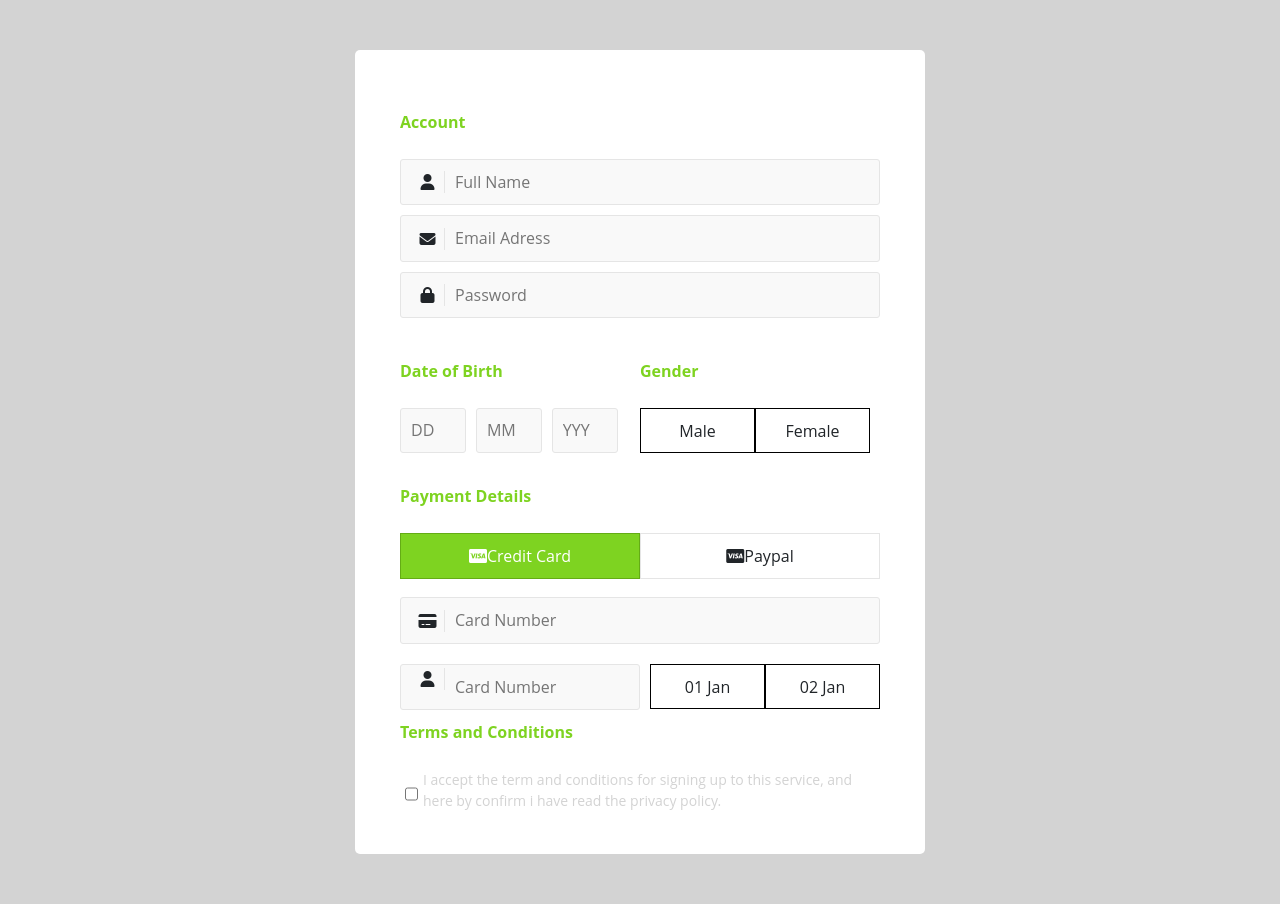
Repository: letrongtinh27/LapTrinhWeb
Page: Payment/index.html
The author's editor kept a copy of each file at every save. The page is drawn from the files as they stood at one save, then again after the next save.
The browser window is 1280 px wide. The pictures show the whole page.

Above is the page before, as saved 2022-10-11 22:10:00.

### Payment/index.html
<!DOCTYPE html>
<html lang="en">
<head>
    <meta charset="UTF-8">
    <meta http-equiv="X-UA-Compatible" content="IE=edge">
    <meta name="viewport" content="width=device-width, initial-scale=1.0">
    <title>Document</title>
    <link rel="stylesheet" href="./reset.css">
    <link rel="stylesheet" href="./style.css">
    <link rel="stylesheet" href="https://cdn.jsdelivr.net/npm/bootstrap@4.3.1/dist/css/bootstrap.min.css" integrity="sha384-ggOyR0iXCbMQv3Xipma34MD+dH/1fQ784/j6cY/iJTQUOhcWr7x9JvoRxT2MZw1T" crossorigin="anonymous">
    <link rel="stylesheet" href="https://cdnjs.cloudflare.com/ajax/libs/font-awesome/6.2.0/css/all.min.css" integrity="sha512-xh6O/CkQoPOWDdYTDqeRdPCVd1SpvCA9XXcUnZS2FmJNp1coAFzvtCN9BmamE+4aHK8yyUHUSCcJHgXloTyT2A==" crossorigin="anonymous" referrerpolicy="no-referrer" />
</head>
<body>
    <div class="payment">
        <form action="#" class="form-payment">
            <h4 class="title">Account</h4>
            <div class="form-group">
            <div class="form-item">
                <input type="text" placeholder="Full Name">
                <div class="icon icon-name">
                    <i class="fa-solid fa-user"></i>
                </div>
            </div>
            <div class="form-item">
                <input type="email" placeholder="Email Adress">
                <div class="icon icon-email">
                    <i class="fa-solid fa-envelope"></i>
                </div>
            </div>
            <div class="form-item">
                <input type="password" placeholder="Password">
                <div class="icon icon-pass">
                    <i class="fa-solid fa-lock"></i>
                </div>
            </div>
        </div>
        <div class="form-group2">
            <div class="group2">
                <h4 class="title">Date of Birth</h4>
                <div class="input-group">
                    <div class="item-input"> <input type="text" placeholder="DD"></div>
                    <div class="item-input"> <input type="text" placeholder="MM"></div>
                    <div class="item-input"> <input type="text" placeholder="YYY"></div>
                </div>
            </div>
            <div class="group2">
                <h4 class="title">Gender</h4>
                <div class="input-group">
                    <input type="radio" name="gender" value="male" id="gender-male" class="radio-input">
                    <label for="gender-male">Male</label>
                    <input type="radio" name="gender" id="gender-female" value="female"
                    class="radio-input">
                    <label for="gender-female">Female</label>
                </div>
            </div>

        </div>
        <div class="form-group3">
            <h4 class="title">Payment Details</h4>
            <div class="input-group3">
                <input type="radio" name="payment-method" value="card" id="payment-method-card" checked="true">
                <label for="payment-method-card"><span><i class="fa-brands fa-cc-visa"></i>Credit Card</span></label>
                <input type="radio" name="payment-method" value="paypal" id="payment-method-paypal">
                <label for="payment-method-paypal"> <span><i class="fa-brands fa-cc-visa"></i>Paypal</span></label>
              </div>
              <div class="form-item" style="margin-top: 10px;">
                <input type="text" placeholder="Card Number">
                <div class="icon icon-credit">
                    <i class="fa-sharp fa-solid fa-credit-card"></i>
                </div>
            </div>
            <div class="form-item" style="margin-top: 10px; width: 50%; float: left;">
                <input style="width: 190px;" type="text" placeholder="Card Number">
                <div class="icon icon-user2">
                    <i class="fa-solid fa-user"></i>
                </div>
            </div>
            <div class="input-group" style="width: 50%; float: right; margin-top: 10px; padding-left: 10px;">
                <input type="radio" name="day" value="01-jan" id="01-jan" class="radio-input">
                <label for="01-jan">01 Jan</label>
                <input type="radio" name="day" id="02-jan" value="02-jan"
                class="radio-input">
                <label for="02-jan">02 Jan</label>
            </div>
        </div>

        <div class="form-group4">
            <h4 class="title" style="margin-top: 30px">Terms and Conditions</h4>
            <div class="input_group">
                <input type="checkbox">
                    <label for="">I accept the term and conditions for signing up to this service, and here by confirm i have read the privacy policy.</label>
            </div>
        </div>

        </form>
    </div>
</body>
</html>

### Payment/style.css
/* https://codepen.io/josecarneiro/pen/Kwbapp @import: "libs/base.less"; */
body {
    font-family: 'Open Sans',sans-serif !important;
    background-color: lightgray !important;
}
.payment{
    width: 100%;
    max-width: 570px;
    margin: 50px auto;
    justify-content: center;
    align-items: center;
    display: flex;
    border-radius: 5px;
    background-color: #fff;
    padding: 35px 45px;
}
.form-payment{
    font-family: 'Open Sans',sans-serif;
}
.title{
    color: #7ed321;
    font-size: 16px;
    font-weight: bold;
    line-height: 1.5;
    margin: 25px 0px;
}
.form-group{
    position: relative;

}
.form-item, .item-input > input {
    width: 100%;
    padding: 10px;
    line-height: 1.4;
    border: 1px solid #e5e5e5;
    border-radius: 3px;
    background-color: #f9f9f9;
    margin-bottom: 10px;
}

.form-item > input{
    padding-left: 44px;
    border: 0;
    outline: none;
    background-color: #f9f9f9;
    margin: 0 auto;
}


.icon {
    display: block;
    position: absolute;
    width: 34px;
    text-align: center;
    border-right: 1px solid #e5e5e5;
}
.icon-name{
    top: 12px;
}
.icon-email{
    top: 69px;
}

.icon-pass {
    top: 125px;
}

.icon-card {
    top: 777px;
}

.form-group2 {
    display: block;
    width: 100%;
    height: 125px;
}

.group2 {
    padding-right: 10px;
    float: left;
    width: 50%;
}
.input-group{
    margin-bottom: 10px;
}
.item-input {
    padding-right: 10px;
    float: left;
    width: 33%;
    height: 53px;
}
.radio-input {
    display: none;
}

.input-group > label {
    display: inline-block;
    width: 50%;
    height: 45px;
    padding-top: 10px;
    text-align: center;
    float: left;
    border-radius: 0;
    border: 1px solid black;
}

input[type="radio"]:checked + label, input:checked + label:before, select:focus, select:active {
    background-color: #7ed321;
    color: #fff;
    border-color: #64ac15;
}
.input-group3 {
    display: flex;
}
.input-group3 > input{
    display: none;
}

.input-group3 > label{
    text-align: center;
    width: 50%;
    height: 53 px;
    border: 1px solid #e5e5e5;
    padding: 10px;
}

.icon-credit {
    top: 610px;
}

.icon-user2 {
    top: 668px;
}

.input_group {
    display: flex;
}

.input_group > input {
    margin: 5px;
    width: 15px;
}

.input_group > label {
    color: lightgrey;
    font-size: 14px;
}

Loaded but not shown: Payment/reset.css (common file)

After the next save:
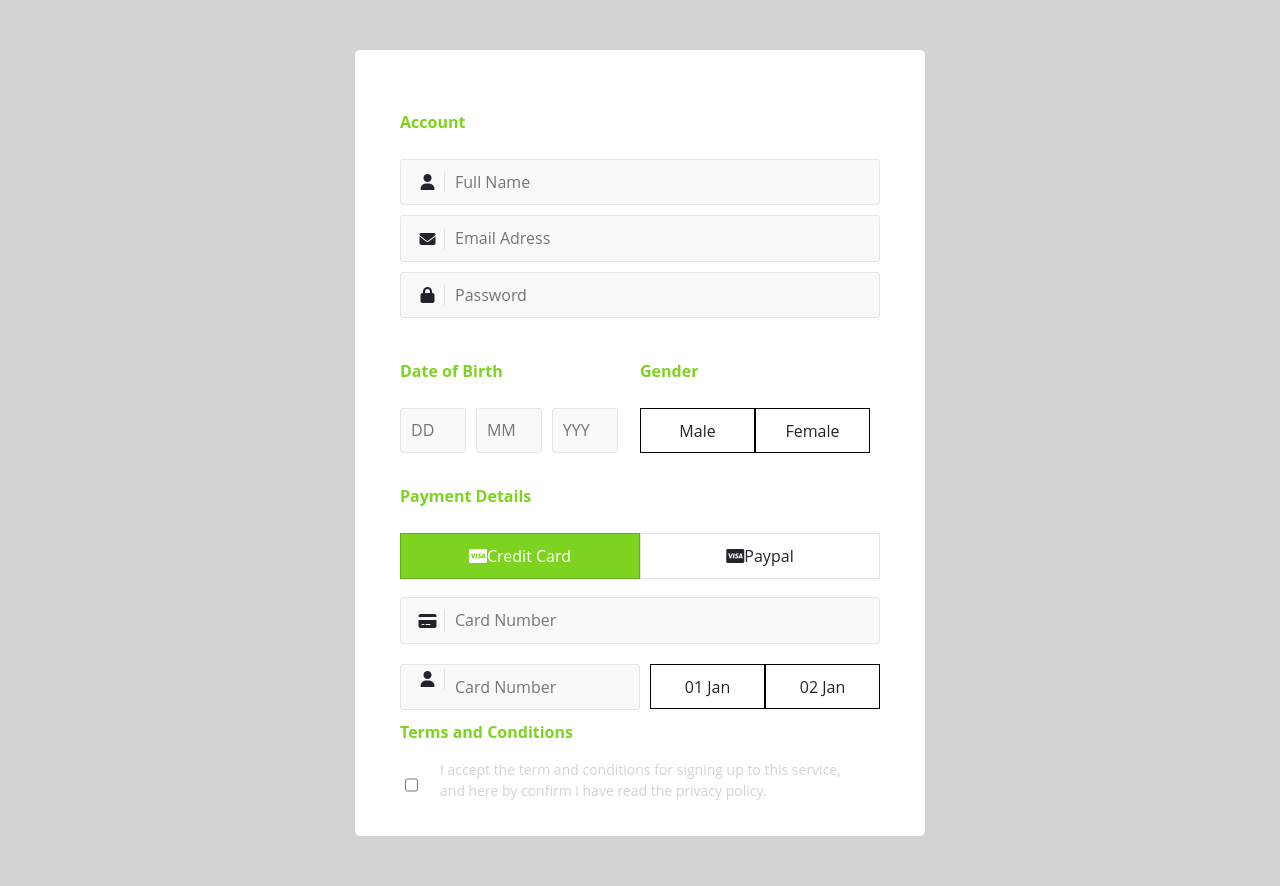
Saved 74 s later.
--- a/Payment/style.css
+++ b/Payment/style.css
@@ -142,6 +142,8 @@ input[type="radio"]:checked + label, input:checked + label:before, select:focus,
 }
 
 .input_group > label {
+    margin:-10px 17px 0 17px;
+    margin-top: -10px;
     color: lightgrey;
     font-size: 14px;
 }
